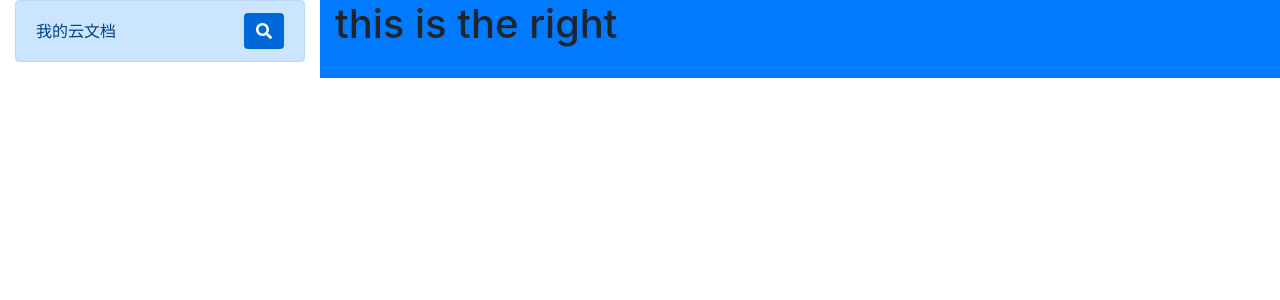
Repository: weijie-he/clould-doc
Page: /
An editor plug-in stored every save of this project. The page is shown before and after the next save, followed by the edit.
The browser window is 1280 px wide. The pictures show the whole page.
The pointer rests on the first visible `.icon-button`.
The project was rebuilt for these pictures with package versions that can differ from the ones it lists, and the page was loaded fresh each time.

Above is the page before, as saved 2020-09-30 11:41:18.

### src/App.js
import React from 'react';
import FileSearch from './components/FileSearch';
import './App.css';

function App() {
  return (
    <div className="App container-fluid">
      <div className="row">
        <div className="col-3 left-align">
          <FileSearch
          title={"我的云文档"}
          onFileSearch={(value)=>{console.log(value)}}
          />
        </div>
        <div className="col-9 bg-primary right-align">
          <h1>this is the right</h1>
        </div>
      </div>
    </div>
  );
}

export default App;

### src/components/FileSearch.js
import React, {useState, useEffect, useRef} from "react"
import { Alert, Button} from 'react-bootstrap';
import { FontAwesomeIcon } from '@fortawesome/react-fontawesome'
import { faSearch } from '@fortawesome/free-solid-svg-icons'

const FileSearch = ({title , onFileSearch}) => {
    const [inputActive, setInputActive] = useState(false)
    const [value, setValue] = useState("")

    const closeSearch = (event) => {
        event.preventDefault();
        setInputActive(false)
        setValue('')
    }

    let node = useRef(null)

    useEffect(()=>{
        const handleInputEvent = (event) => {
            const {keyCode} = event
            // 按下回车键
            if( keyCode === 13 && inputActive === true){
                onFileSearch(value)
            }
            // 按下esc
            else if( keyCode === 13 && inputActive === true){
                closeSearch(event)
            }
        }

        console.log(node)
        // 添加监听器 keyup 事件在按键被松开时触发。
        document.addEventListener('keyup',handleInputEvent)
        // 如果你的 effect 返回一个函数，React 将会在执行清除操作时调用它。
        return () => {
            document.removeEventListener('keyup',handleInputEvent)
        }
    })

    useEffect(()=>{
        if(inputActive){
            node.current.focus()
        }
    },[inputActive])


    return(
        <Alert variant={'primary'}>
            { !inputActive &&
                <div className="d-flex justify-content-between align-items-center">
                    <span>{title}</span>
                    <Button
                    className={"icon-button"}
                    onClick={()=>setInputActive(true)}>
                        <FontAwesomeIcon
                        title={"搜索"}
                        icon={faSearch} />
                    </Button>
                </div>
            }
            { inputActive &&
                <div className="row">
                    <input
                        className="form-control col-8"
                        value={value}
                        onChange={(e)=> setValue(e.target.value)}
                        ref={node}
                    />
                    <Button
                        className="col-4"
                        onClick={closeSearch}>
                        关闭
                    </Button>
                </div>
            }
        </Alert>
    )
}

export default FileSearch

### src/App.css
.icon-button {
  background: none;
  border: none;
  color: inherit;
}

.icon-button:hover{

}

Loaded but not shown: public/index.html (common file); src/index.js (common file); src/index.css (common file); src/serviceWorker.js (common file); public/manifest.json (common file)

After the next save:
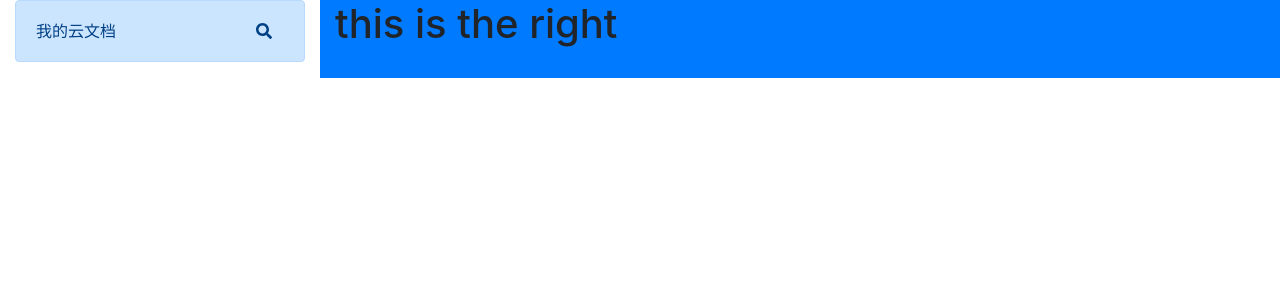
Saved 6 s later.
--- a/src/App.css
+++ b/src/App.css
@@ -5,5 +5,7 @@
 }
 
 .icon-button:hover{
-
+  background: none;
+  border: none;
+  color: inherit;
 }
